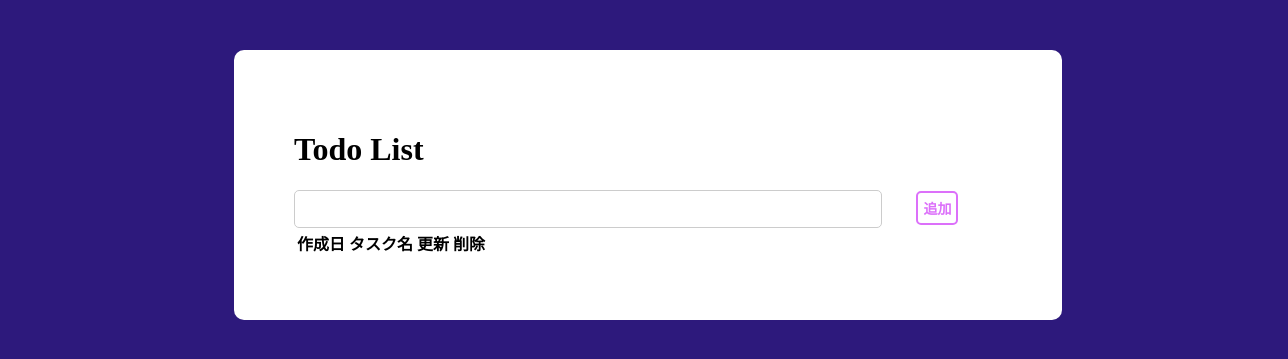
Repository: oninopantsu/20210529onoma
Page: http://localhost/todo/update
An editor plug-in stored every save of this project. The page is shown before and after a run of saves, followed by the edit.
The browser window is 1280 px wide. The page is 1288 px wide, so the pictures cover 1288 px, including what lies to the right of the window. The pictures show the whole page.
The page is served by the project's Laravel application, run on PHP 8.4 with Laravel 8. Other server files are loaded and not shown. Queries for data that is not in the repository find no rows.

Above is the page before, as saved 2021-06-03 05:35:43.

### routes/web.php
<?php

use App\Http\Controllers\TodoController;
use Illuminate\Support\Facades\Route;

/*
|--------------------------------------------------------------------------
| Web Routes
|--------------------------------------------------------------------------
|
| Here is where you can register web routes for your application. These
| routes are loaded by the RouteServiceProvider within a group which
| contains the "web" middleware group. Now create something great!
|
*/

Route::get('/',[TodoController::class,'index']);
Route::post('/',[TodoController::class,'index']);
Route::get('/todo/create',[TodoController::class,'create']);
Route::post('/todo/create',[TodoController::class,'index']);
Route::post('/todo/update',[TodoController::class,'update']);
Route::get('/todo/update',[TodoController::class,'index']);
Route::post('/todo/delete',[TodoController::class,'delete']);
Route::get('/todo/delete',[TodoController::class,'index']);

### app/Http/Controllers/TodoController.php
<?php

namespace App\Http\Controllers;


use Illuminate\Http\Request;
use Illuminate\Support\Facades\DB;
use App\Models\Todos;
use Database\Seeders\TodosTableSeeder;

class TodoController extends Controller
{
    public function index(Request $request)
    {
    $items = Todos::all();
    $items = Todos::orderBy('created_at')->get();
        return view('index', ['items' => $items]);
    }

    public function create(Request $request)
    {
        $this->validate($request, Todos::$rules);
        $content = new Todos;
        $form = $request->all();
        unset($form['_token_']);
        $content->timestamps = false;
        $timestamp = time();
        echo date('Y-m-d- H:i:s', $timestamp);
        $content->fill($form)->save();

        $items = Todos::all();
        return view('index', ['items' => $items]);
    }

    public function update(Request $request)
    {
        $items = Todos::find($request->id);
        $this->validate($request, Todos::$rules);
        $todos = Todos::find($request->id);
        $form = $request->all();
        unset($form['_token_']);
        $todos->fill($form)->save();
        return redirect('index');
    }
    public function delete(Request $request)
    {
        $items = Todos::find($request->id);
        return view('index', [$items => $items]);
    }
    public function remove(Request $request)
    {
        Todos::find($request->id)->delete();
        return redirect('/');
    }}

### app/Models/Todos.php
<?php

namespace App\Models;

use Illuminate\Database\Eloquent\Factories\HasFactory;
use Illuminate\Database\Eloquent\Model;
use Illuminate\Testing\Fluent\Concerns\Has;

class Todos extends Model
{
    use HasFactory;
    protected $guarded = array('id');
    public static $rules = array(
        'content' => 'required'
    );
    public function todos(){
        return $this->hasOne('App\Models\Todos');
    }
    public function getData()
    {
        $content = $this->id.'('.$this->created_at.')' .$this->content;
        return $content;
    }

}

### resources/views/index.blade.php
<!DOCTYPE html>
<html lang="en">

<head>
  <meta charset="UTF-8">
  <meta http-equiv="X-UA-Compatible" content="IE=edge">
  <meta name="viewport" content="width=device-width, initial-scale=1.0">
  <title>@yield('title')</title>
  <style>
    body {
      background-color: #2d197c;
      width: 100%;
    }

    .todolist {
      margin: 50px auto;
      padding: 30px;
      width: 60%;
      background-color: #fff;
      color: #bbb;
      border-radius: 10px;
    }

    h1 {
      font-size: 32px;
      color: black;
    }

    .list__card {
      padding: 30px;
    }

    .list {
      text-align: left;
      width: 80%;
      padding: 10px;
    }

    .submit {
      color: #dc70fa;
      border: 2px solid #dc70fa;
      background-color: #fff;
      font-weight: bold;
      margin-left: 30px;
      padding: 5px;
      cursor: pointer;
    }

    th {
      font-size: 16px;
      color: black;
    }

    input {
      border-radius: 5px;
      border: 1px solid #ccc;
      font-size: 14px;
    }

    .button__add {
      border: 1px solid #dc70fa;
      color: #dc70fa;
      background-color: #fff;
      font-weight: bold;
      font-size: 12px;
      border-radius: 10px;
      cursor: pointer;
      padding: 10px;
    }

    .button__update {
      border: 2px solid #fa9770;
      color: #fa9770;
      background-color: #fff;
      font-weight: bold;
      font-size: 12px;
      border-radius: 10px;
      cursor: pointer;
      padding: 5px;
      transition: 0.4s;

    }

    .button__delete {
      border: 2px solid #71fadc;
      color: #71fadc;
      background-color: #fff;
      font-weight: bold;
      font-size: 12px;
      border-radius: 10px;
      cursor: pointer;
      padding: 5px;
      transition: 0.4s;
    }
  </style>
</head>

<body>
  @section('todo.blade.php')


  <div class="todolist">
    <div class="list__card">
      <h1>Todo List</h1>

      @if (count($errors) > 0)
      <ul>
        @foreach ($errors->all() as $error)
        <li>
          {{$error}}
        </li>
        @endforeach
      </ul>
      @endif

      <form action="/" method="post">
        @csrf
        <input class='list' type="text" name="content">
        <input class='submit' type="submit" value="追加">
      </form>
      <table>
        <tr>
          <th>作成日</th>
          <th>タスク名</th>
          <th>更新</th>
          <th>削除</th>
        </tr>
        <tr>
          @foreach($items as $item)
          <td>
            <form action="/todo/create" method="date_timestamp_get">
              <input type="hidden" name="timestamps">
              <?php
              $timestamp = time();
              echo date('Y-m-d- H:i:s', $timestamp);
              ?>
            </form>
          </td>

          </form>
          <td>
            <form action="/todo/create">
              <input type="text" name="content" value="{{$item->content}}">
            </form>
          </td>
          <td>
            <form action="/todo/update" method="post">
              <button class="button__update">更新</button>
            </form>
          </td>
          @section('content')
          <td>
            <form action="/todo/delete" method="post">
              <button class="button__delete">削除</button>
            </form>
          </td>
          @endsection
        </tr>
        @endforeach
      </table>
    </div>

  </div>
  </form>

</body>

</html>

Loaded but not shown: app/Http/Controllers/Controller.php (common file)

After the next 12 saves:
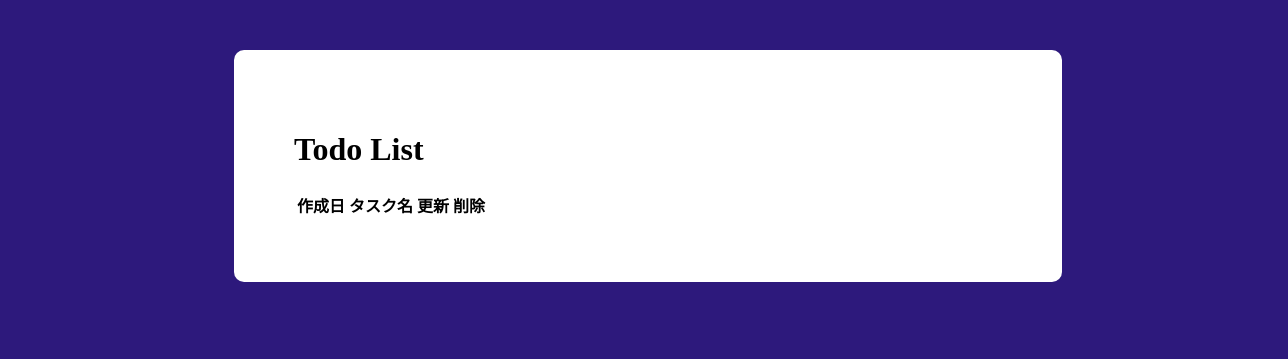
The 12 saves are shown as one change because 5 did not build or start and some came seconds apart.
The last was saved 2 min 37 s later.
--- a/resources/views/index.blade.php
+++ b/resources/views/index.blade.php
@@ -112,12 +112,13 @@
         @endforeach
       </ul>
       @endif
-
-      <form action="/" method="post">
+      @foreach($items as $item)
+        <form action="/" method="post">
         @csrf
         <input class='list' type="text" name="content">
         <input class='submit' type="submit" value="追加">
       </form>
+      @endforeach
       <table>
         <tr>
           <th>作成日</th>

After the 5 saves that followed:
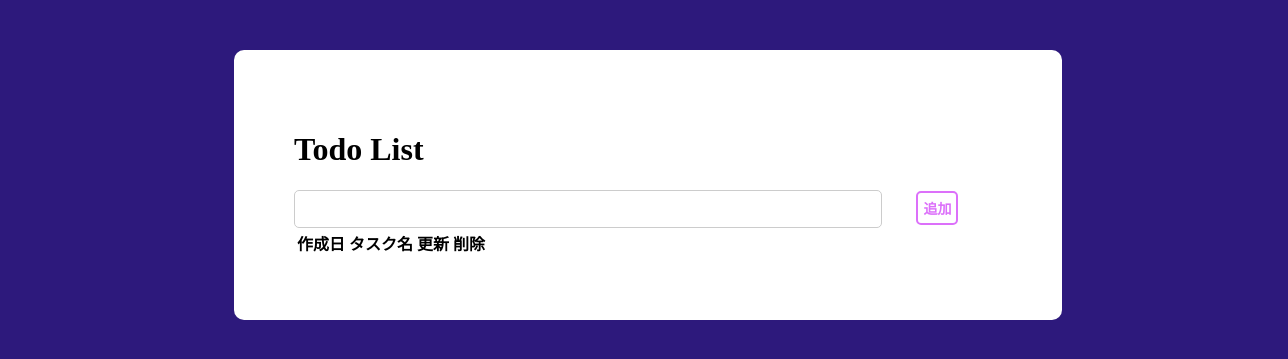
The 5 saves are shown as one change because 3 did not build or start and 1 left the picture as it was.
The last was saved 62 s later.
--- a/resources/views/index.blade.php
+++ b/resources/views/index.blade.php
@@ -112,12 +112,12 @@
         @endforeach
       </ul>
       @endif
-      @foreach($items as $item)
-        <form action="/" method="post">
-        @csrf
-        <input class='list' type="text" name="content">
-        <input class='submit' type="submit" value="追加">
-      </form>
+      <form action="/" method="post">
+      @csrf
+      <input class='list' type="text" name="content">
+      <input class='submit' type="submit" value="追加">
+    </form>
+    @foreach($items as $item)
       @endforeach
       <table>
         <tr>
